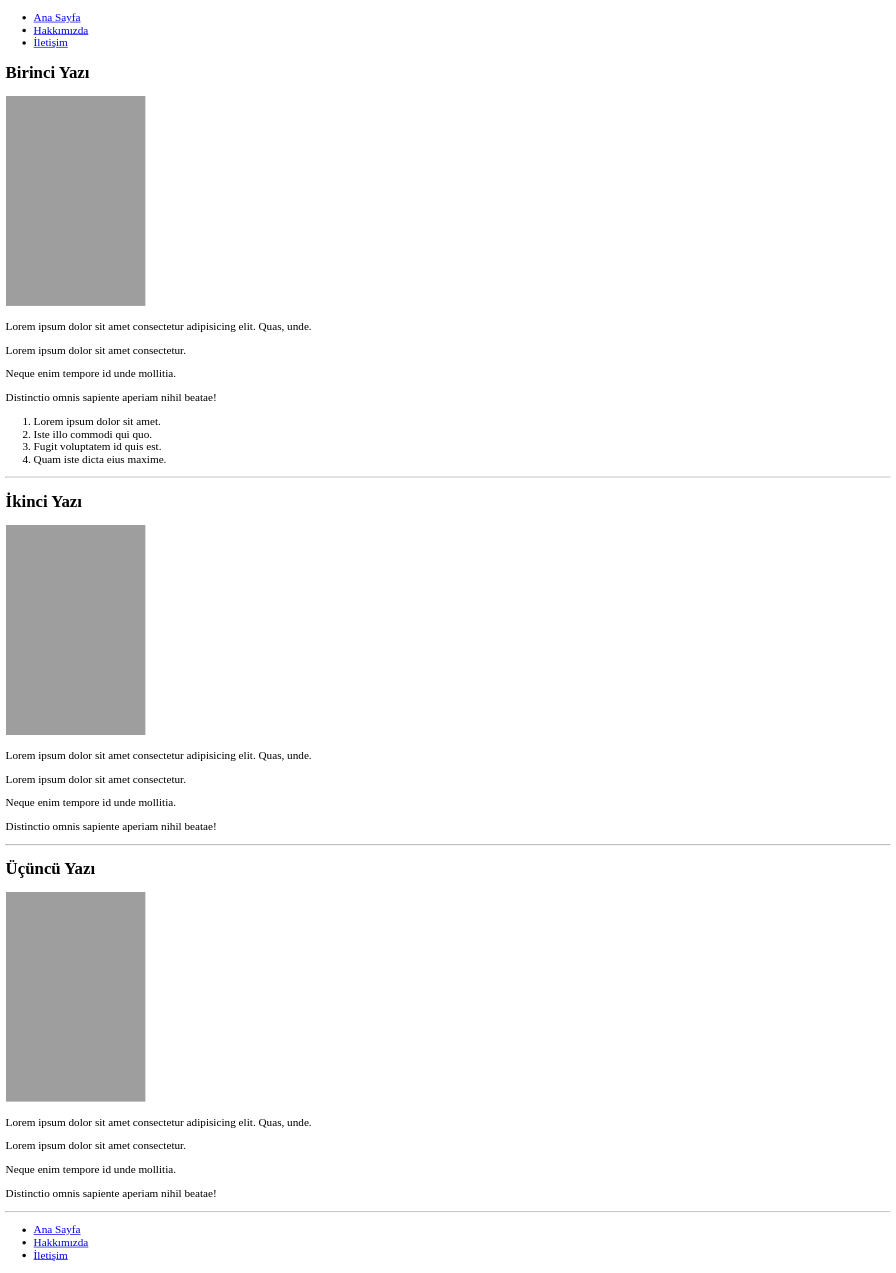
Repository: rizacantire/html
Page: Practice/index.html
An editor plug-in stored every save of this project. The page is shown before and after the next save, followed by the edit.
The browser window is 1280 px wide. The pictures show the whole page, at 70% of full size.
Pictures or frames that could not be fetched are drawn as grey boxes.

Above is the page before, as saved 2021-12-06 23:45:57.

After the next save:
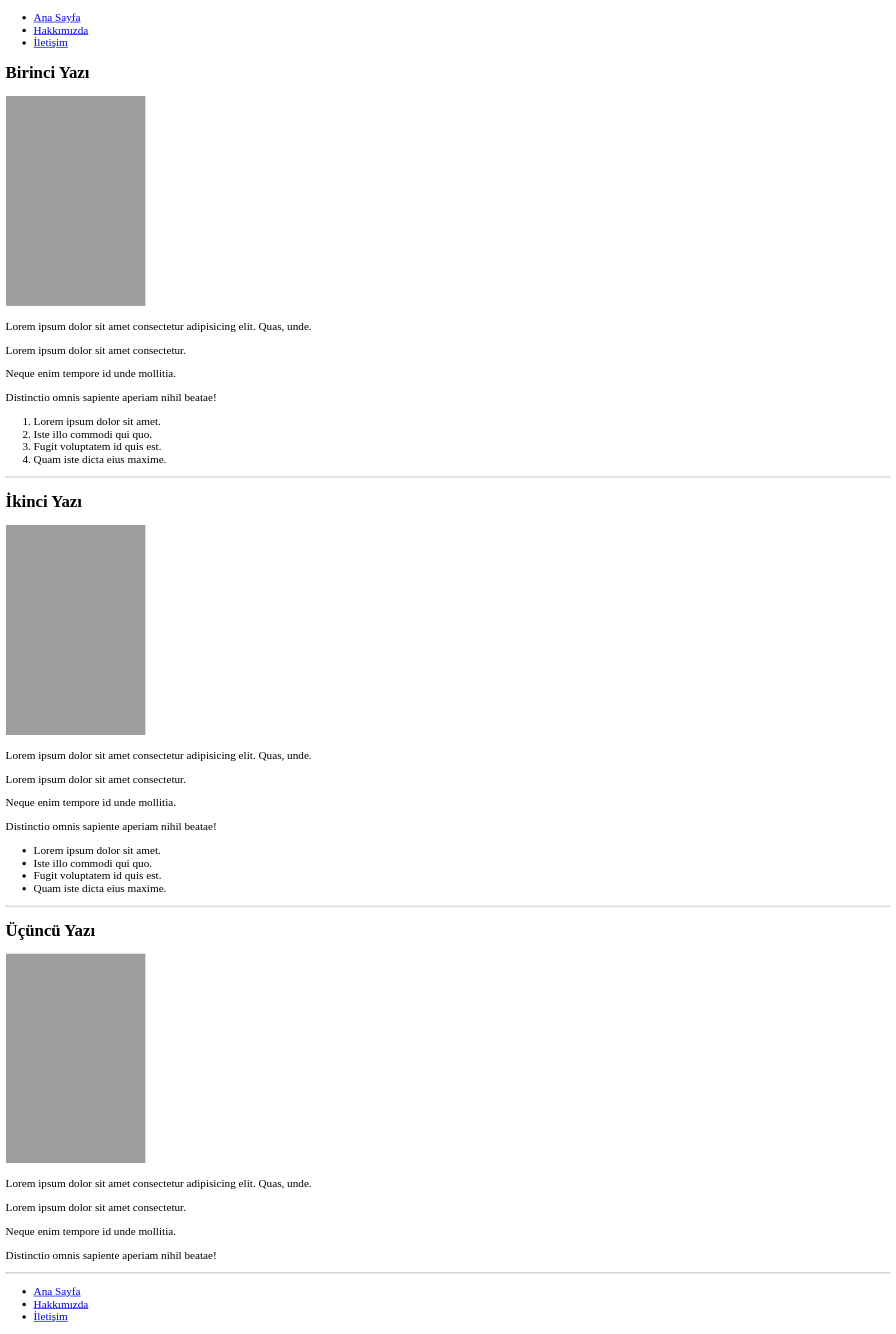
Saved 13 s later.
--- a/Practice/index.html
+++ b/Practice/index.html
@@ -44,6 +44,12 @@
             <p>Lorem ipsum dolor sit amet consectetur.</p>
             <p>Neque enim tempore id unde mollitia.</p>
             <p>Distinctio omnis sapiente aperiam nihil beatae!</p>
+            <ul>
+                <li>Lorem ipsum dolor sit amet.</li>
+                <li>Iste illo commodi qui quo.</li>
+                <li>Fugit voluptatem id quis est.</li>
+                <li>Quam iste dicta eius maxime.</li>
+            </ul>
             <hr>
         </article>
         <article>
